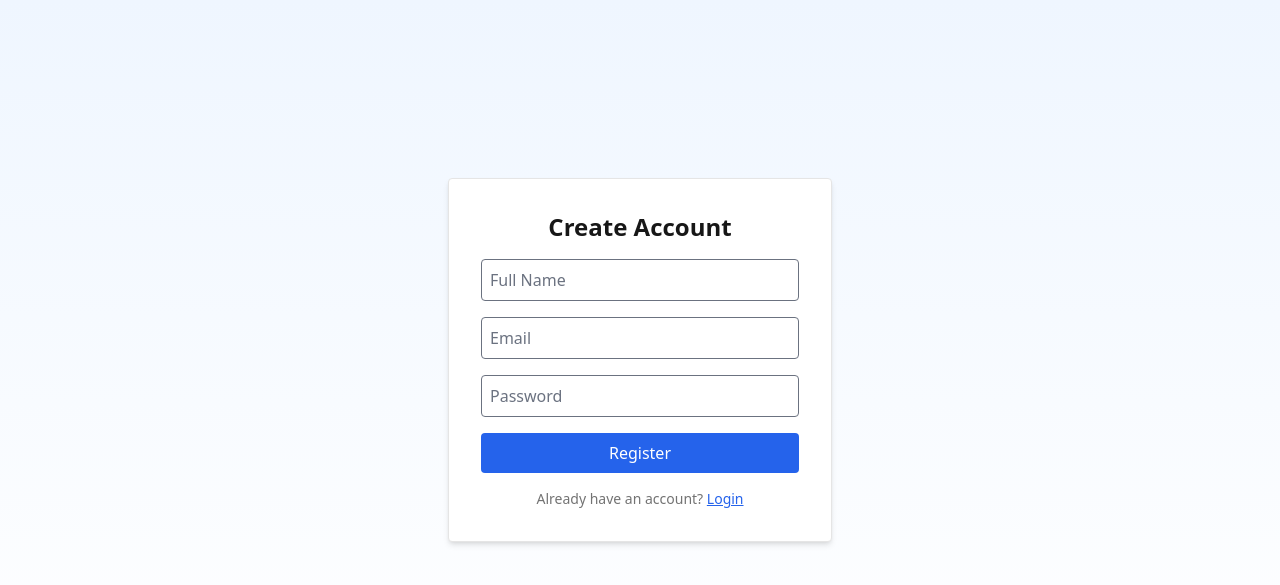
Repository: ruthvik-mt/Trackifi
Page: /register (app in frontend/)
An editor plug-in stored every save of this project. The page is shown before and after the next save, followed by the edit.
The browser window is 1280 px wide. The pictures show the whole page.
The project was rebuilt for these pictures with package versions that can differ from the ones it lists, and the page was loaded fresh each time. Also part of the build but not shown: frontend/vite.config.ts, frontend/src/hooks/useAuth.ts, frontend/src/pages/Auth/Login.tsx, frontend/src/components/Sidebar.tsx, frontend/src/components/Navbar.tsx, frontend/src/pages/Dashboard/Layout.tsx, frontend/src/pages/Dashboard/Dashboard.tsx, frontend/src/pages/Categories/CategoryForm.tsx and 21 more.

Above is the page before, as saved 2025-07-14 14:40:55.

### frontend/index.html
<!DOCTYPE html>
<html lang="en">
  <head>
    <meta charset="UTF-8" />
    <title>Finance Tracker</title>
  </head>
  <body>
    <div id="root"></div>
    <script type="module" src="/src/main.tsx"></script>
  </body>
</html>

### frontend/src/main.tsx
// import React from "react";
// import ReactDOM from "react-dom/client";
// import App from "./App";
// import "./tailwind.css";

// import { BrowserRouter as Router } from "react-router-dom";
// import { AuthProvider } from "./context/AuthProvider";

// ReactDOM.createRoot(document.getElementById("root")!).render(
//   <React.StrictMode>
//     <Router>
//       <AuthProvider>
//         <App />
//       </AuthProvider>
//     </Router>
//   </React.StrictMode>
// );

import React from "react";
import ReactDOM from "react-dom/client";
import App from "./App";
import "./tailwind.css";
import { AuthProvider } from "./context/AuthProvider";
import { BrowserRouter as Router } from "react-router-dom"; // ✅ Add this

ReactDOM.createRoot(document.getElementById("root")!).render(
  <React.StrictMode>
    <Router> {/* ✅ Wrap everything with Router */}
      <AuthProvider>
        <App />
      </AuthProvider>
    </Router>
  </React.StrictMode>
);

### frontend/src/App.tsx
import { Routes, Route, Navigate } from "react-router-dom";
import Login from "./pages/Auth/Login";
import Register from "./pages/Auth/Register";
import Dashboard from "./pages/Dashboard/Dashboard";
import CategoryList from "./pages/Categories/CategoryList";
import TransactionList from "./pages/Transactions/TransactionList";
import BudgetList from "./pages/Budgets/BudgetList";
import MonthlyTotal from "./pages/Insights/MonthlyTotal";
import CategoryBreakdown from "./pages/Insights/CategoryBreakdown";
import BudgetComparison from "./pages/Insights/BudgetComparison";
import ProtectedRoute from "./components/ProtectedRoute";
import LandingPage from "./pages/LandingPage"; // ✅ Add this import

export default function App() {
  return (
    <Routes>
      {/* Landing Page */}
      <Route path="/" element={<LandingPage />} /> {/* ✅ New route */}

      {/* Auth Routes */}
      <Route path="/login" element={<Login />} />
      <Route path="/register" element={<Register />} />

      {/* Protected Routes */}
      <Route
        path="/dashboard"
        element={
          <ProtectedRoute>
            <Dashboard />
          </ProtectedRoute>
        }
      />
      <Route
        path="/categories"
        element={
          <ProtectedRoute>
            <CategoryList />
          </ProtectedRoute>
        }
      />
      <Route
        path="/transactions"
        element={
          <ProtectedRoute>
            <TransactionList />
          </ProtectedRoute>
        }
      />
      <Route
        path="/budgets"
        element={
          <ProtectedRoute>
            <BudgetList />
          </ProtectedRoute>
        }
      />
      <Route
        path="/insights/monthly-total"
        element={
          <ProtectedRoute>
            <MonthlyTotal />
          </ProtectedRoute>
        }
      />
      <Route
        path="/insights/category-breakdown"
        element={
          <ProtectedRoute>
            <CategoryBreakdown />
          </ProtectedRoute>
        }
      />
      <Route
        path="/insights/budget-comparison"
        element={
          <ProtectedRoute>
            <BudgetComparison />
          </ProtectedRoute>
        }
      />

      {/* Fallback Route */}
      <Route path="*" element={<Navigate to="/" />} /> {/* ✅ Updated from "/login" to "/" */}
    </Routes>
  );
}

### frontend/src/tailwind.css
@tailwind base;
@tailwind components;
@tailwind utilities;

@layer base {
  :root {
    --background: 0 0% 100%;
    --foreground: 0 0% 3.9%;
    --card: 0 0% 100%;
    --card-foreground: 0 0% 3.9%;
    --popover: 0 0% 100%;
    --popover-foreground: 0 0% 3.9%;
    --primary: 0 0% 9%;
    --primary-foreground: 0 0% 98%;
    --secondary: 0 0% 96.1%;
    --secondary-foreground: 0 0% 9%;
    --muted: 0 0% 96.1%;
    --muted-foreground: 0 0% 45.1%;
    --accent: 0 0% 96.1%;
    --accent-foreground: 0 0% 9%;
    --destructive: 0 84.2% 60.2%;
    --destructive-foreground: 0 0% 98%;
    --border: 0 0% 89.8%;
    --input: 0 0% 89.8%;
    --ring: 0 0% 3.9%;
    --chart-1: 12 76% 61%;
    --chart-2: 173 58% 39%;
    --chart-3: 197 37% 24%;
    --chart-4: 43 74% 66%;
    --chart-5: 27 87% 67%;
    --radius: 0.5rem;
  }

  .dark {
    --background: 0 0% 3.9%;
    --foreground: 0 0% 98%;
    --card: 0 0% 3.9%;
    --card-foreground: 0 0% 98%;
    --popover: 0 0% 3.9%;
    --popover-foreground: 0 0% 98%;
    --primary: 0 0% 98%;
    --primary-foreground: 0 0% 9%;
    --secondary: 0 0% 14.9%;
    --secondary-foreground: 0 0% 98%;
    --muted: 0 0% 14.9%;
    --muted-foreground: 0 0% 63.9%;
    --accent: 0 0% 14.9%;
    --accent-foreground: 0 0% 98%;
    --destructive: 0 62.8% 30.6%;
    --destructive-foreground: 0 0% 98%;
    --border: 0 0% 14.9%;
    --input: 0 0% 14.9%;
    --ring: 0 0% 83.1%;
    --chart-1: 220 70% 50%;
    --chart-2: 160 60% 45%;
    --chart-3: 30 80% 55%;
    --chart-4: 280 65% 60%;
    --chart-5: 340 75% 55%;
  }
}

@layer base {
  * {
    @apply border-border;
  }

  html, body {
    @apply bg-background text-foreground antialiased;
    min-height: 100%;
  }
}

### frontend/src/context/AuthProvider.tsx
// import { ReactNode, useCallback, useEffect, useState } from "react";
// import { AuthContext } from "./AuthContext";
// import { User } from "@/types/Auth";
// import { getCurrentUser } from "@/api/user";
// import { useNavigate } from "react-router-dom";

// interface Props {
//   children: ReactNode;
// }

// export const AuthProvider = ({ children }: Props) => {
//   const [token, setToken] = useState<string | null>(() =>
//     localStorage.getItem("token")
//   );
//   const [user, setUser] = useState<User | null>(null);
//   const navigate = useNavigate();

//   const logout = useCallback(() => {
//     localStorage.removeItem("token");
//     setToken(null);
//     setUser(null);
//     navigate("/login");
//   }, [navigate]);

//   const fetchUser = useCallback(async () => {
//     try {
//       const userData = await getCurrentUser();
//       setUser(userData);
//     } catch (err) {
//       console.error("Failed to fetch user:", err);
//       logout();
//     }
//   }, [logout]);

//   const login = useCallback(
//     (newToken: string) => {
//       localStorage.setItem("token", newToken);
//       setToken(newToken);
//       fetchUser();
//     },
//     [fetchUser]
//   );

//   useEffect(() => {
//     if (token) {
//       fetchUser();
//     }
//   }, [token, fetchUser]);

//   return (
//     <AuthContext.Provider value={{ token, user, login, logout }}>
//       {children}
//     </AuthContext.Provider>
//   );
// };

import { useState, useEffect } from "react";
import { AuthContext } from "./AuthContext";
import axios from "../axios";

export const AuthProvider = ({ children }: { children: React.ReactNode }) => {
  const [token, setToken] = useState<string | null>(() => localStorage.getItem("token"));

  // Set Authorization header on load (if token exists)
  useEffect(() => {
    if (token) {
      axios.defaults.headers.common["Authorization"] = `Bearer ${token}`;
    }
  }, [token]);

  const login = async (email: string, password: string) => {
    const res = await axios.post("/api/auth/login", { email, password });
    const jwt = res.data.token;

    setToken(jwt);
    localStorage.setItem("token", jwt);
    axios.defaults.headers.common["Authorization"] = `Bearer ${jwt}`; // ✅ set globally
  };

  const logout = () => {
    setToken(null);
    localStorage.removeItem("token");
    delete axios.defaults.headers.common["Authorization"]; // ✅ remove on logout
  };

  return (
    <AuthContext.Provider value={{ token, login, logout }}>
      {children}
    </AuthContext.Provider>
  );
};

### frontend/src/pages/Auth/Register.tsx
import { useState } from "react";
import { useNavigate, Link } from "react-router-dom";
import axios from "../../axios";
import { motion } from "framer-motion";

export default function Register() {
  const [fullName, setFullName] = useState("");
  const [email, setEmail] = useState("");
  const [password, setPassword] = useState("");
  const [error, setError] = useState("");
  const navigate = useNavigate();

  const handleSubmit = async (e: React.FormEvent) => {
    e.preventDefault();
    setError("");

    try {
      await axios.post("/api/auth/register", {
        fullName,
        email,
        password,
      });
      navigate("/login");
    } catch (err: unknown) {
      if (axios.isAxiosError(err)) {
        setError(
          err.response?.data?.message || "Registration failed. Try again."
        );
      } else {
        setError("Something went wrong. Please try again.");
      }
    }
  };

  return (
    <div className="min-h-screen flex items-center justify-center bg-gradient-to-b from-blue-50 to-white dark:from-gray-900 dark:to-gray-950">
      <motion.form
        onSubmit={handleSubmit}
        className="bg-white dark:bg-gray-900 p-8 rounded shadow-md w-full max-w-sm space-y-4 border"
        initial={{ opacity: 0, y: 30 }}
        animate={{ opacity: 1, y: 0 }}
        transition={{ duration: 0.5 }}
      >
        <h2 className="text-2xl font-bold text-center text-primary">Create Account</h2>

        <input
          className="w-full p-2 border rounded bg-background text-foreground"
          placeholder="Full Name"
          value={fullName}
          onChange={(e) => setFullName(e.target.value)}
          type="text"
          required
        />

        <input
          className="w-full p-2 border rounded bg-background text-foreground"
          placeholder="Email"
          value={email}
          onChange={(e) => setEmail(e.target.value)}
          type="email"
          required
        />

        <input
          className="w-full p-2 border rounded bg-background text-foreground"
          placeholder="Password"
          value={password}
          onChange={(e) => setPassword(e.target.value)}
          type="password"
          required
        />

        {error && <p className="text-red-500 text-sm">{error}</p>}

        <button
          className="w-full bg-blue-600 text-white py-2 rounded hover:bg-blue-700 transition"
          type="submit"
        >
          Register
        </button>

        <p className="text-sm text-center text-muted-foreground">
          Already have an account?{" "}
          <Link to="/login" className="text-blue-600 underline">
            Login
          </Link>
        </p>
      </motion.form>
    </div>
  );
}

### frontend/src/context/AuthContext.tsx
// import { createContext } from "react";
// import { User } from "@/types/Auth";

// export interface AuthContextType {
//   token: string | null;
//   user: User | null;
//   login: (token: string) => void;
//   logout: () => void;
// }

// export const AuthContext = createContext<AuthContextType>({
//   token: null,
//   user: null,
//   login: () => {},
//   logout: () => {},
// });

// src/context/AuthContext.ts
import { createContext } from "react";

export interface AuthContextType {
  token: string | null;
  login: (email: string, password: string) => Promise<void>;
  logout: () => void;
}

export const AuthContext = createContext<AuthContextType>(
  {} as AuthContextType // ✅ Safe for use without null-checks
);

### frontend/src/axios.ts
// // src/axios.ts
// import axios from "axios";

// const axiosInstance = axios.create({
//   baseURL: "http://localhost:8080/api",
// });

// axiosInstance.interceptors.request.use((config) => {
//   const token = localStorage.getItem("token");
//   if (token && config.headers) {
//     config.headers.Authorization = `Bearer ${token}`;
//   }
//   return config;
// });

// export default axiosInstance;

// src/axios.ts
// src/axios.ts
import axios from "axios";

const instance = axios.create({
  baseURL: "", // <-- frontend sends /api/... and Vite handles the proxy
  headers: {
    "Content-Type": "application/json",
  },
});

instance.interceptors.request.use((config) => {
  const token = localStorage.getItem("token");
  if (token) {
    config.headers = config.headers || {};
    config.headers["Authorization"] = `Bearer ${token}`;
  }
  return config;
});

export default instance;

### frontend/tailwind.config.js
/** @type {import('tailwindcss').Config} */
module.exports = {
  darkMode: ["class"],

  content: [
    "./index.html",
    "./src/**/*.{js,ts,jsx,tsx}",
  ],

  theme: {
    container: {
      center: true,
      padding: "1rem",
      screens: {
        sm: "100%",
        md: "768px",
        lg: "1024px",
        xl: "1280px",
      },
    },

    extend: {
      borderRadius: {
        lg: 'var(--radius)',
        md: 'calc(var(--radius) - 2px)',
        sm: 'calc(var(--radius) - 4px)',
      },
      colors: {
        background: 'hsl(var(--background) / <alpha-value>)',
        foreground: 'hsl(var(--foreground) / <alpha-value>)',
        card: {
          DEFAULT: 'hsl(var(--card) / <alpha-value>)',
          foreground: 'hsl(var(--card-foreground) / <alpha-value>)'
        },
        popover: {
          DEFAULT: 'hsl(var(--popover) / <alpha-value>)',
          foreground: 'hsl(var(--popover-foreground) / <alpha-value>)'
        },
        primary: {
          DEFAULT: 'hsl(var(--primary) / <alpha-value>)',
          foreground: 'hsl(var(--primary-foreground) / <alpha-value>)'
        },
        secondary: {
          DEFAULT: 'hsl(var(--secondary) / <alpha-value>)',
          foreground: 'hsl(var(--secondary-foreground) / <alpha-value>)'
        },
        muted: {
          DEFAULT: 'hsl(var(--muted) / <alpha-value>)',
          foreground: 'hsl(var(--muted-foreground) / <alpha-value>)'
        },
        accent: {
          DEFAULT: 'hsl(var(--accent) / <alpha-value>)',
          foreground: 'hsl(var(--accent-foreground) / <alpha-value>)'
        },
        destructive: {
          DEFAULT: 'hsl(var(--destructive) / <alpha-value>)',
          foreground: 'hsl(var(--destructive-foreground) / <alpha-value>)'
        },
        border: 'hsl(var(--border) / <alpha-value>)',
        input: 'hsl(var(--input) / <alpha-value>)',
        ring: 'hsl(var(--ring) / <alpha-value>)',
        chart: {
          '1': 'hsl(var(--chart-1) / <alpha-value>)',
          '2': 'hsl(var(--chart-2) / <alpha-value>)',
          '3': 'hsl(var(--chart-3) / <alpha-value>)',
          '4': 'hsl(var(--chart-4) / <alpha-value>)',
          '5': 'hsl(var(--chart-5) / <alpha-value>)'
        }
      },
      screens: {
        xs: "480px",
        sm: "640px",
        md: "768px",
        lg: "1024px",
        xl: "1280px",
        "2xl": "1536px"
      }
    }
  },

  plugins: [
    require("tailwindcss-animate"),
    require("@tailwindcss/forms"),
    require("@tailwindcss/typography"),
  ],
};

After the next save:
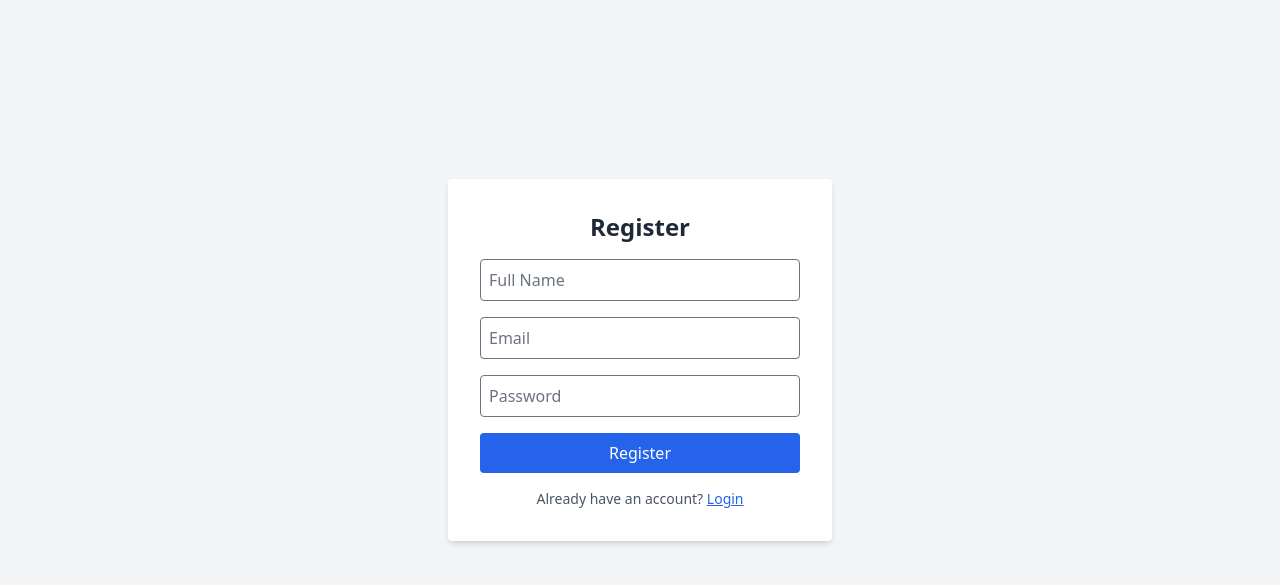
Saved 111 s later.
--- a/frontend/src/pages/Auth/Register.tsx
+++ b/frontend/src/pages/Auth/Register.tsx
@@ -1,7 +1,7 @@
 import { useState } from "react";
-import { useNavigate, Link } from "react-router-dom";
-import axios from "../../axios";
-import { motion } from "framer-motion";
+import { useNavigate } from "react-router-dom";
+import axios, { isAxiosError } from "axios"; // ✅ import isAxiosError
+import api from "../../axios"; // ✅ your custom Axios instance
 
 export default function Register() {
   const [fullName, setFullName] = useState("");
@@ -14,18 +14,21 @@ export default function Register() {
     e.preventDefault();
     setError("");
 
+    if (password.length < 6) {
+      setError("Password must be at least 6 characters long.");
+      return;
+    }
+
     try {
-      await axios.post("/api/auth/register", {
+      await api.post("/api/auth/register", {
         fullName,
         email,
         password,
       });
       navigate("/login");
     } catch (err: unknown) {
-      if (axios.isAxiosError(err)) {
-        setError(
-          err.response?.data?.message || "Registration failed. Try again."
-        );
+      if (isAxiosError(err)) {
+        setError(err.response?.data?.message || "Registration failed. Try again.");
       } else {
         setError("Something went wrong. Please try again.");
       }
@@ -33,18 +36,17 @@ export default function Register() {
   };
 
   return (
-    <div className="min-h-screen flex items-center justify-center bg-gradient-to-b from-blue-50 to-white dark:from-gray-900 dark:to-gray-950">
-      <motion.form
+    <div className="min-h-screen flex items-center justify-center bg-gray-100 dark:bg-gray-900">
+      <form
         onSubmit={handleSubmit}
-        className="bg-white dark:bg-gray-900 p-8 rounded shadow-md w-full max-w-sm space-y-4 border"
-        initial={{ opacity: 0, y: 30 }}
-        animate={{ opacity: 1, y: 0 }}
-        transition={{ duration: 0.5 }}
+        className="bg-white dark:bg-gray-800 p-8 rounded shadow-md w-full max-w-sm space-y-4"
       >
-        <h2 className="text-2xl font-bold text-center text-primary">Create Account</h2>
+        <h2 className="text-2xl font-bold text-center text-gray-800 dark:text-white">
+          Register
+        </h2>
 
         <input
-          className="w-full p-2 border rounded bg-background text-foreground"
+          className="w-full p-2 border rounded dark:bg-gray-700 dark:text-white"
           placeholder="Full Name"
           value={fullName}
           onChange={(e) => setFullName(e.target.value)}
@@ -53,7 +55,7 @@ export default function Register() {
         />
 
         <input
-          className="w-full p-2 border rounded bg-background text-foreground"
+          className="w-full p-2 border rounded dark:bg-gray-700 dark:text-white"
           placeholder="Email"
           value={email}
           onChange={(e) => setEmail(e.target.value)}
@@ -62,13 +64,20 @@ export default function Register() {
         />
 
         <input
-          className="w-full p-2 border rounded bg-background text-foreground"
+          className="w-full p-2 border rounded dark:bg-gray-700 dark:text-white"
           placeholder="Password"
           value={password}
           onChange={(e) => setPassword(e.target.value)}
           type="password"
           required
         />
+
+        {/* Password validation feedback */}
+        {password.length > 0 && password.length < 6 && (
+          <p className="text-yellow-600 text-sm">
+            Password must be at least 6 characters
+          </p>
+        )}
 
         {error && <p className="text-red-500 text-sm">{error}</p>}
 
@@ -79,13 +88,13 @@ export default function Register() {
           Register
         </button>
 
-        <p className="text-sm text-center text-muted-foreground">
+        <p className="text-sm text-center text-gray-600 dark:text-gray-300">
           Already have an account?{" "}
-          <Link to="/login" className="text-blue-600 underline">
+          <a href="/login" className="text-blue-600 underline">
             Login
-          </Link>
+          </a>
         </p>
-      </motion.form>
+      </form>
     </div>
   );
 }
